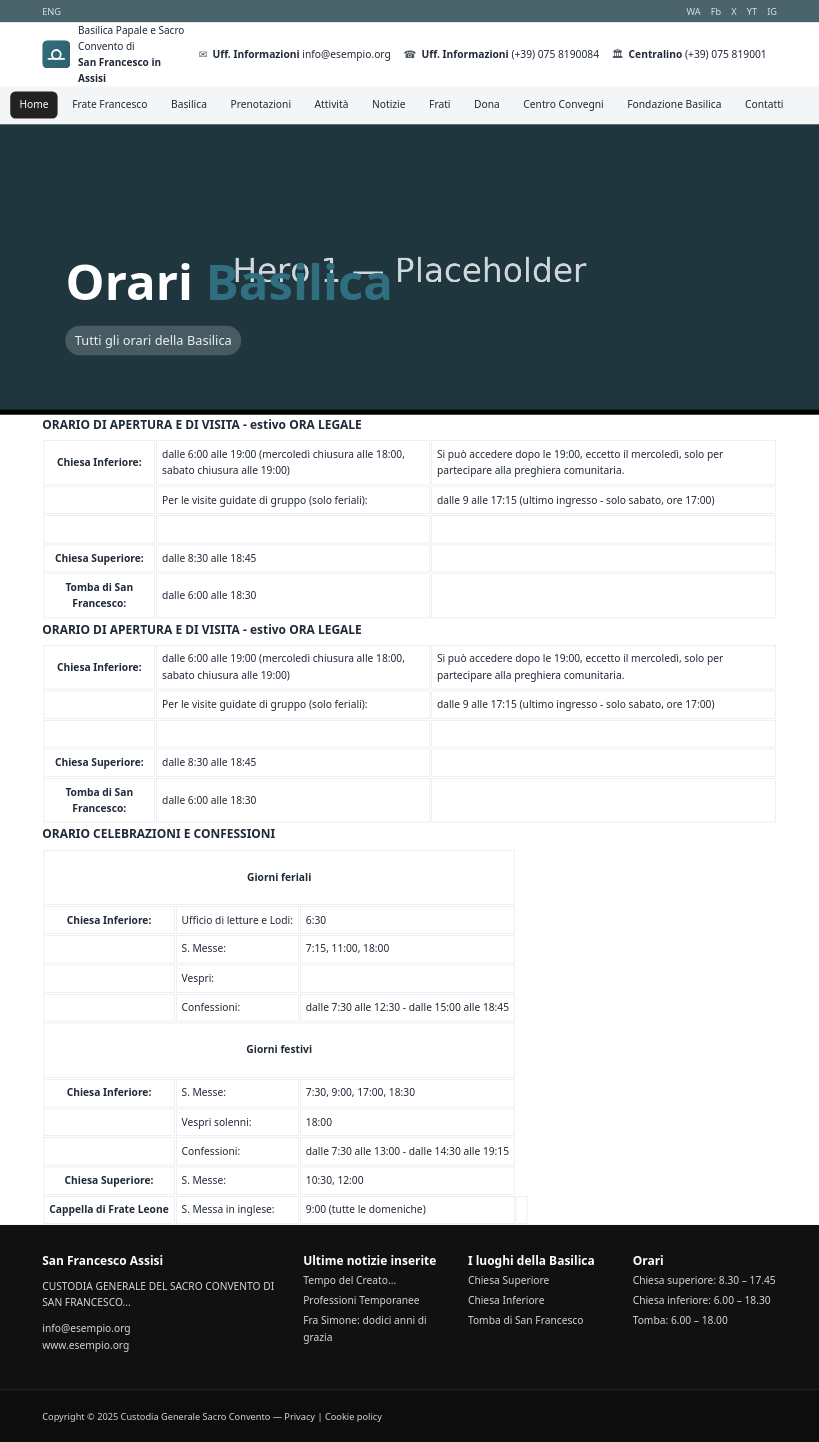
Repository: leacappello/basilica-platform-project
Page: pages/orari.html
The author's editor kept a copy of each file at every save. The page is drawn from the files as they stood at one save, then again after the next save.
The browser window is 1280 px wide. The pictures show the whole page, at 64% of full size.

Above is the page before, as saved 2025-09-15 12:20:38.
Console error (its wording comes from the project's code and is left out).

### pages/orari.html
<!DOCTYPE html>
<html lang="it" class="no-js">

<head>
    <meta charset="utf-8" />
    <meta name="viewport" content="width=device-width, initial-scale=1" />
    <meta name="description"
        content="Basilica — Portale gemello (look & feel dimostrativo, contenuti e immagini originali)">
    <title>Basilica — Progetto gemello</title>

    <!-- Foglio di stile principale -->
    <link rel="stylesheet" href="../assets/styles.css" />

    <!-- Se JS è attivo, rimuoviamo la classe .no-js (utile per fallback menu) -->
    <script>document.documentElement.classList.remove('no-js');</script>
</head>

<body>

    <!-- ======================================================================
       TOPBAR: lingua + social (banda superiore sottile)
       ====================================================================== -->
    <div class="topbar">
        <div class="container topbar__inner">
            <div class="topbar__lang">
                <a href="#" aria-label="Versione in inglese">ENG</a>
            </div>
            <div class="topbar__social" aria-label="Social">
                <a href="#" aria-label="WhatsApp" title="WhatsApp">WA</a>
                <a href="#" aria-label="Facebook" title="Facebook">Fb</a>
                <a href="#" aria-label="X" title="X">X</a>
                <a href="#" aria-label="YouTube" title="YouTube">YT</a>
                <a href="#" aria-label="Instagram" title="Instagram">IG</a>
            </div>
        </div>
    </div>

    <!-- ======================================================================
       HEADER (masthead): logo + contatti rapidi + hamburger mobile
       Sticky con nav principale subito sotto
       ====================================================================== -->
    <header class="masthead">
        <div class="container masthead__inner">
            <!-- BRAND: logo + denominazione (il logo è decorativo; il nome è testuale) -->
            <a class="brand" href="#home" aria-label="Vai alla Home">
                <img src="images/logo.svg" alt="" class="brand__logo" aria-hidden="true" />
                <span class="brand__name">
                    Basilica Papale e Sacro Convento di<br />
                    <strong>San Francesco in Assisi</strong>
                </span>
            </a>

            <!-- CONTATTI RAPIDI: tre blocchi -->
            <ul class="masthead__contacts" aria-label="Contatti rapidi">
                <li>
                    <span class="ic" aria-hidden="true">✉</span>
                    <div>
                        <strong>Uff. Informazioni</strong>
                        <a href="mailto:info@esempio.org">info@esempio.org</a>
                    </div>
                </li>
                <li>
                    <span class="ic" aria-hidden="true">☎</span>
                    <div>
                        <strong>Uff. Informazioni</strong>
                        <a href="tel:+390758190084">(+39) 075 8190084</a>
                    </div>
                </li>
                <li>
                    <span class="ic" aria-hidden="true">🏛</span>
                    <div>
                        <strong>Centralino</strong>
                        <a href="tel:+39075819001">(+39) 075 819001</a>
                    </div>
                </li>
            </ul>

            <!-- HAMBURGER per mobile -->
            <button id="menu-button" class="menu-button" aria-controls="primary-nav" aria-expanded="false">
                <span class="sr-only">Apri/chiudi menu</span>
                <span aria-hidden="true" class="menu-icon"></span>
            </button>
        </div>

        <!-- NAV PRINCIPALE (mega-nav semplificato con sottomenù a tendina) -->
        <nav id="primary-nav" class="nav" aria-label="Navigazione principale">
            <ul class="nav__root">
                <li class="is-active"><a href="#home">Home</a></li>

                <li class="has-sub">
                    <a href="#frate">Frate Francesco</a>
                    <ul class="nav__sub">
                        <li><a href="#">Storia di un santo</a></li>
                        <li><a href="#">Scritti</a></li>
                    </ul>
                </li>

                <li class="has-sub">
                    <a href="#basilica">Basilica</a>
                    <ul class="nav__sub">
                        <li><a href="#">Chiesa superiore</a></li>
                        <li><a href="#">Chiesa inferiore</a></li>
                        <li><a href="#">Cripta</a></li>
                    </ul>
                </li>

                <li class="has-sub">
                    <a href="#prenotazioni">Prenotazioni</a>
                    <ul class="nav__sub">
                        <li><a href="#">Visite individuali</a></li>
                        <li><a href="#">Gruppi</a></li>
                    </ul>
                </li>

                <li class="has-sub">
                    <a href="#attivita">Attività</a>
                    <ul class="nav__sub">
                        <li><a href="#">Pastorale</a></li>
                        <li><a href="#">Cultura</a></li>
                    </ul>
                </li>

                <li><a href="#notizie">Notizie</a></li>

                <li class="has-sub">
                    <a href="#frati">Frati</a>
                    <ul class="nav__sub">
                        <li><a href="#">Comunità</a></li>
                    </ul>
                </li>

                <li class="has-sub">
                    <a href="#dona">Dona</a>
                    <ul class="nav__sub">
                        <li><a href="#">Come donare</a></li>
                    </ul>
                </li>

                <li><a href="#centro">Centro Convegni</a></li>
                <li><a href="#fondazione">Fondazione Basilica</a></li>
                <li><a href="#contatti">Contatti</a></li>
            </ul>
        </nav>
    </header>

    <!-- ======================================================================
       HERO: slider immagini + titolo
       ====================================================================== -->
    <div class="main-content">

        <section id="home" class="hero" aria-label="Sezione introduttiva">
            <div class="hero__slides">
                <figure class="hero__slide is-active">
                    <img src="../images/hero-1.jpg" alt="Affreschi della Basilica" loading="eager">
                    <figcaption>
                        <h1>Orari <span class="accent">
                            Basilica</span></h1>
                        <p class="pill">Tutti gli orari della Basilica</p>
                    </figcaption>
                </figure>
            </div>
        </section>

        <section>
            <div class="container">
                <div class="row">
                    <div class="">
                        <h3>ORARIO DI APERTURA E DI VISITA - estivo ORA LEGALE</h3>
                        <table class="orari">
                            <tbody>
                                <tr>
                                    <th scope="col">Chiesa Inferiore:</th>
                                    <td>dalle 6:00 alle 19:00 (mercoledì chiusura alle 18:00, sabato chiusura alle
                                        19:00)</td>
                                    <td>Si può accedere dopo le 19:00, eccetto il mercoledì, solo per partecipare alla
                                        preghiera comunitaria.</td>
                                </tr>
                                <tr>
                                    <td>&nbsp;</td>
                                    <td>Per le visite guidate di gruppo (solo feriali):</td>
                                    <td>dalle 9 alle 17:15 (ultimo ingresso - solo sabato, ore 17:00)</td>
                                </tr>
                                <tr>
                                    <td>&nbsp;</td>
                                    <td></td>
                                    <td></td>
                                </tr>
                                <tr>
                                    <th>Chiesa Superiore:</th>
                                    <td>dalle 8:30 alle 18:45</td>
                                    <td></td>
                                </tr>
                                <tr>
                                    <th>Tomba di San Francesco:</th>
                                    <td>dalle 6:00 alle 18:30</td>
                                    <td></td>
                                </tr>
                            </tbody>
                        </table>

                        <h3>ORARIO DI APERTURA E DI VISITA - estivo ORA LEGALE</h3>
                        <table class="orari">
                            <tbody>
                                <tr>
                                    <th scope="col">Chiesa Inferiore:</th>
                                    <td>dalle 6:00 alle 19:00 (mercoledì chiusura alle 18:00, sabato chiusura alle
                                        19:00)</td>
                                    <td>Si può accedere dopo le 19:00, eccetto il mercoledì, solo per partecipare alla
                                        preghiera comunitaria.</td>
                                </tr>
                                <tr>
                                    <td>&nbsp;</td>
                                    <td>Per le visite guidate di gruppo (solo feriali):</td>
                                    <td>dalle 9 alle 17:15 (ultimo ingresso - solo sabato, ore 17:00)</td>
                                </tr>
                                <tr>
                                    <td>&nbsp;</td>
                                    <td></td>
                                    <td></td>
                                </tr>
                                <tr>
                                    <th>Chiesa Superiore:</th>
                                    <td>dalle 8:30 alle 18:45</td>
                                    <td></td>
                                </tr>
                                <tr>
                                    <th>Tomba di San Francesco:</th>
                                    <td>dalle 6:00 alle 18:30</td>
                                    <td></td>
                                </tr>
                            </tbody>
                        </table>

                        <h3>ORARIO CELEBRAZIONI E CONFESSIONI</h3>
                        <table class="orari">
                            <tbody>
                                <tr>
                                    <th colspan="3">
                                        <center>
                                            <h4>Giorni feriali</h4>
                                        </center>
                                    </th>
                                </tr>
                                <tr>
                                    <th>Chiesa Inferiore:</th>
                                    <td>Ufficio di letture e Lodi:</td>
                                    <td>6:30</td>
                                </tr>
                                <tr>
                                    <th>&nbsp;</th>
                                    <td>S. Messe:</td>
                                    <td>7:15, 11:00, 18:00</td>
                                </tr>
                                <tr>
                                    <th>&nbsp;</th>
                                    <td>Vespri:</td>
                                    <td></td>
                                </tr>
                                <tr>
                                    <th>&nbsp;</th>
                                    <td>Confessioni:</td>
                                    <td>dalle 7:30 alle 12:30 - dalle 15:00 alle 18:45</td>
                                </tr>

                                <tr>
                                    <th colspan="3">
                                        <center>
                                            <h4>Giorni festivi</h4>
                                        </center>
                                    </th>
                                </tr>
                                <tr>
                                    <th>Chiesa Inferiore:</th>
                                    <td>S. Messe:</td>
                                    <td>7:30, 9:00, 17:00, 18:30</td>
                                </tr>
                                <tr>
                                    <th>&nbsp;</th>
                                    <td>Vespri solenni:</td>
                                    <td>18:00</td>
                                </tr>
                                <tr>
                                    <th>&nbsp;</th>
                                    <td>Confessioni:</td>
                                    <td>dalle 7:30 alle 13:00 - dalle 14:30 alle 19:15</td>
                                </tr>
                                <tr>
                                    <th>Chiesa Superiore:</th>
                                    <td>S. Messe:</td>
                                    <td>10:30, 12:00</td>
                                </tr>
                                <tr>
                                    <th>Cappella di Frate Leone</th>
                                    <td>S. Messa in inglese:</td>
                                    <td>9:00 (tutte le domeniche)</td>
                                    <td></td>
                                </tr>
                            </tbody>
                        </table>
                    </div>
                </div>
            </div>
        </section>
    </div>


    <!-- ======================================================================
       FOOTER “mega”: 4 colonne + riga legale con anno dinamico
       ====================================================================== -->
    <footer class="site-footer" role="contentinfo">
        <div class="container footer__grid">
            <section>
                <h3 class="footer__title">San Francesco Assisi</h3>
                <p>CUSTODIA GENERALE DEL SACRO CONVENTO DI SAN FRANCESCO...</p>
                <p>
                    <a href="mailto:info@esempio.org">info@esempio.org</a><br>
                    <a href="https://www.esempio.org">www.esempio.org</a>
                </p>
            </section>

            <section>
                <h3 class="footer__title">Ultime notizie inserite</h3>
                <ul class="footer__list">
                    <li><a href="#">Tempo del Creato...</a></li>
                    <li><a href="#">Professioni Temporanee</a></li>
                    <li><a href="#">Fra Simone: dodici anni di grazia</a></li>
                </ul>
            </section>

            <section>
                <h3 class="footer__title">I luoghi della Basilica</h3>
                <ul class="footer__list">
                    <li><a href="#">Chiesa Superiore</a></li>
                    <li><a href="#">Chiesa Inferiore</a></li>
                    <li><a href="#">Tomba di San Francesco</a></li>
                </ul>
            </section>

            <section>
                <h3 class="footer__title">Orari</h3>
                <ul class="footer__list">
                    <li>Chiesa superiore: 8.30 – 17.45</li>
                    <li>Chiesa inferiore: 6.00 – 18.30</li>
                    <li>Tomba: 6.00 – 18.00</li>
                </ul>
            </section>
        </div>

        <div class="footer__legal">
            <div class="container">
                <p>Copyright © <span id="year"></span> Custodia Generale Sacro Convento — <a href="#">Privacy</a> | <a
                        href="#">Cookie policy</a></p>
            </div>
        </div>
    </footer>

    <!-- Script frontend: toggle menu, slider, evidenziazione link, anno -->
    <script src="../assets/script.js"></script>
</body>

</html>

Loaded but not shown: assets/script.js (113 lines, source omitted); assets/styles.css (227 lines, source omitted)

After the next save:
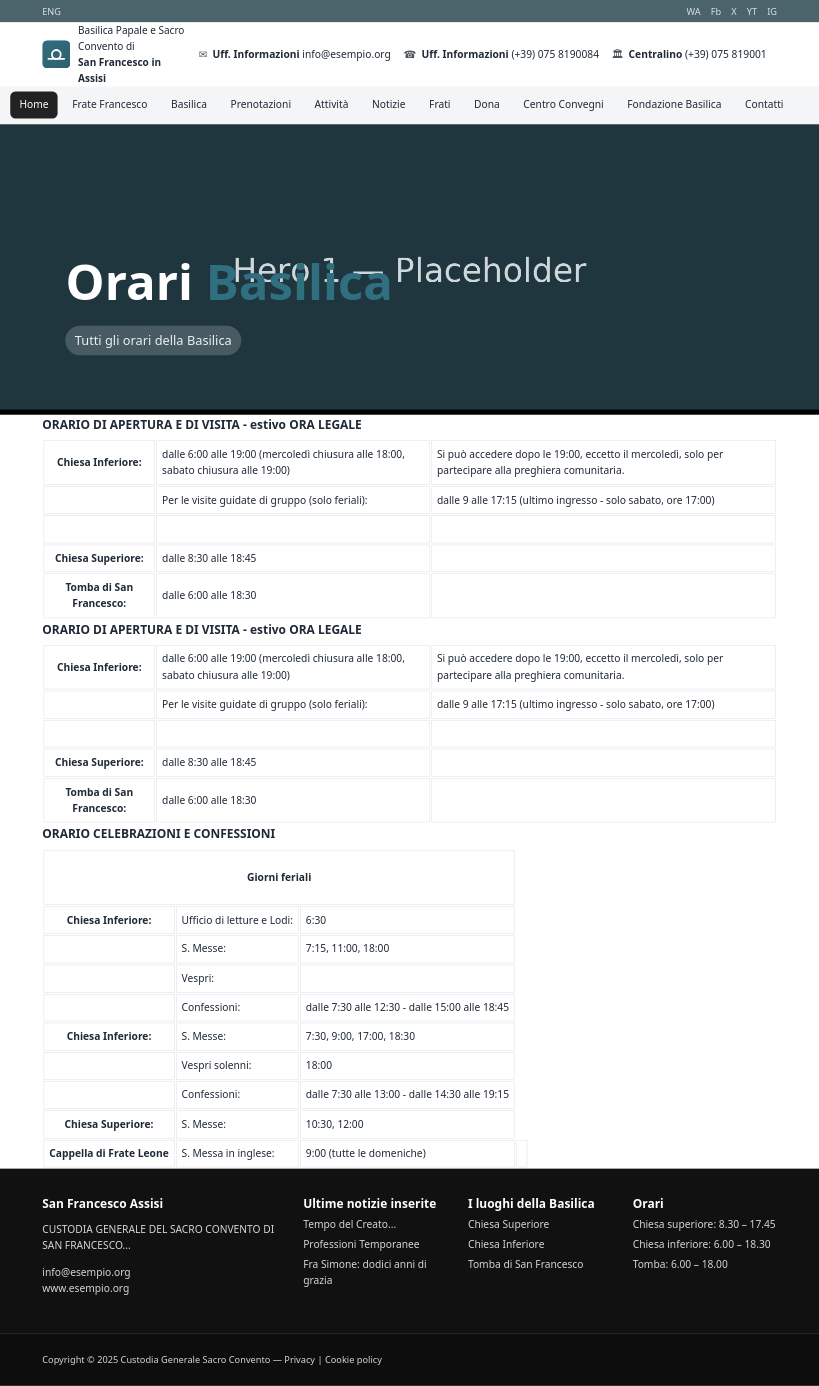
Saved 13 s later.
--- a/pages/orari.html
+++ b/pages/orari.html
@@ -262,13 +262,7 @@
                                     <td>dalle 7:30 alle 12:30 - dalle 15:00 alle 18:45</td>
                                 </tr>
 
-                                <tr>
-                                    <th colspan="3">
-                                        <center>
-                                            <h4>Giorni festivi</h4>
-                                        </center>
-                                    </th>
-                                </tr>
+
                                 <tr>
                                     <th>Chiesa Inferiore:</th>
                                     <td>S. Messe:</td>
